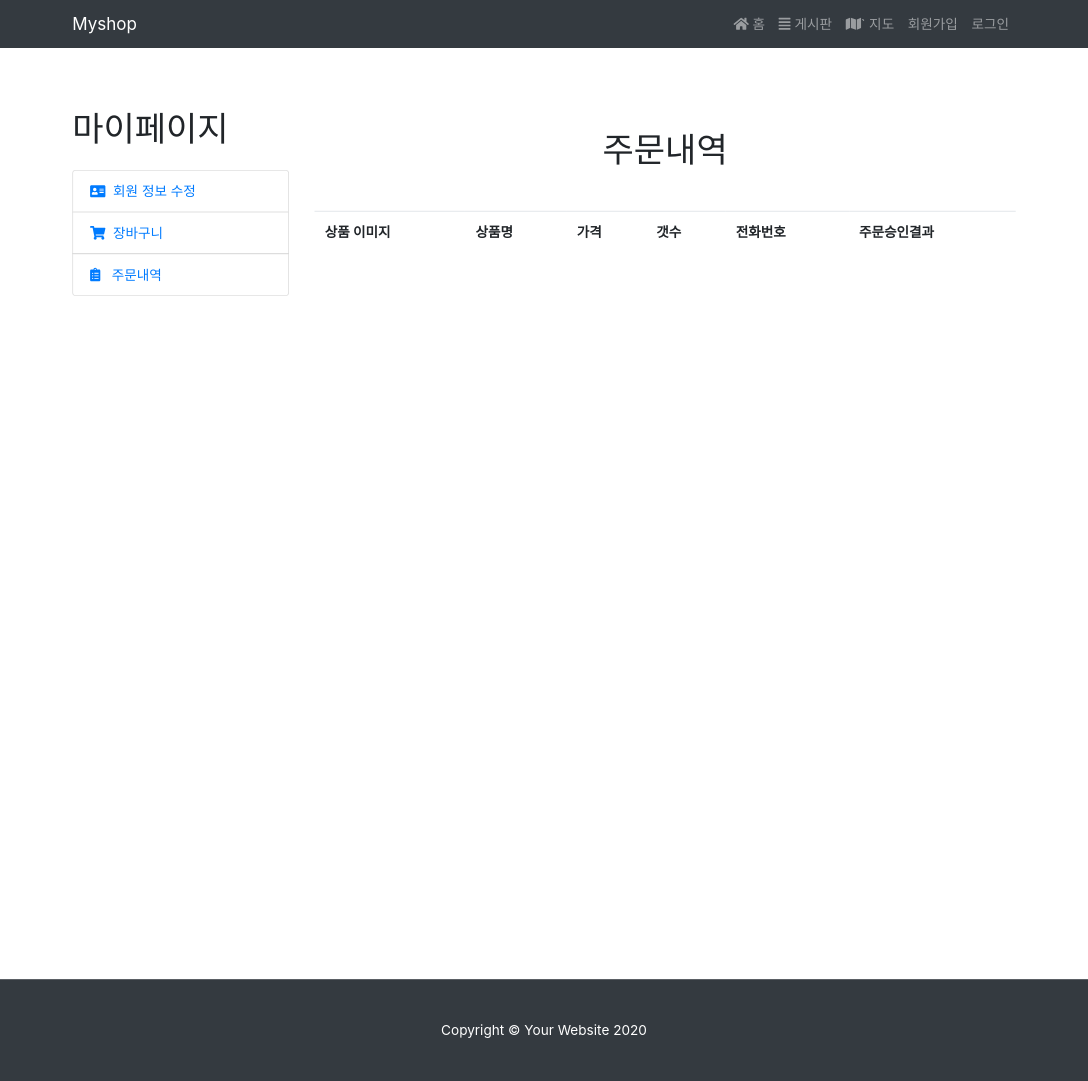
Repository: KimBiYam/ShoppingMallProject
Page: http://localhost/MyShop/WEB-INF/views/product/orderlist.jsp
An editor plug-in stored every save of this project. The page is shown before and after the next save, followed by the edit.
The browser window is 1280 px wide. The pictures show the whole page, at 85% of full size.
Some web libraries are served in a nearby version. The page is served by Tomcat 9. Nobody is signed in. The template is opened directly, without the code that normally fills it, so the values that code supplies are empty.

Above is the page before, as saved 2020-04-23 06:30:07.

After the next save:
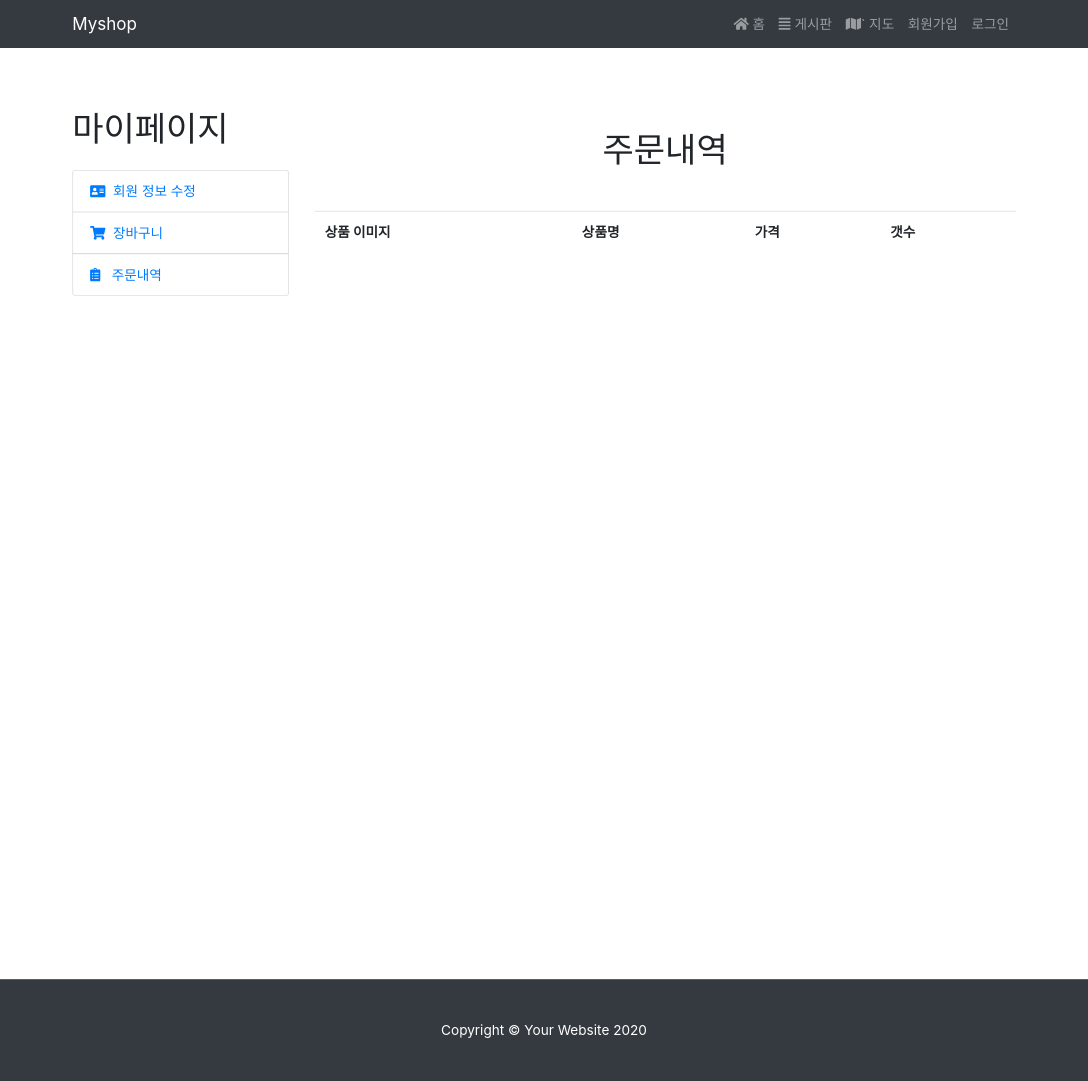
Saved 4 s later.
--- a/MyShop/src/main/webapp/WEB-INF/views/product/orderlist.jsp
+++ b/MyShop/src/main/webapp/WEB-INF/views/product/orderlist.jsp
@@ -25,8 +25,6 @@
 				<th>상품명</th>
 				<th>가격</th>
 				<th>갯수</th>
-				<th>전화번호</th>
-				<th>주문승인결과</th>
 			</tr>
 			<c:forEach items="${orderlist }" var="orderlist">
 			<tr>
